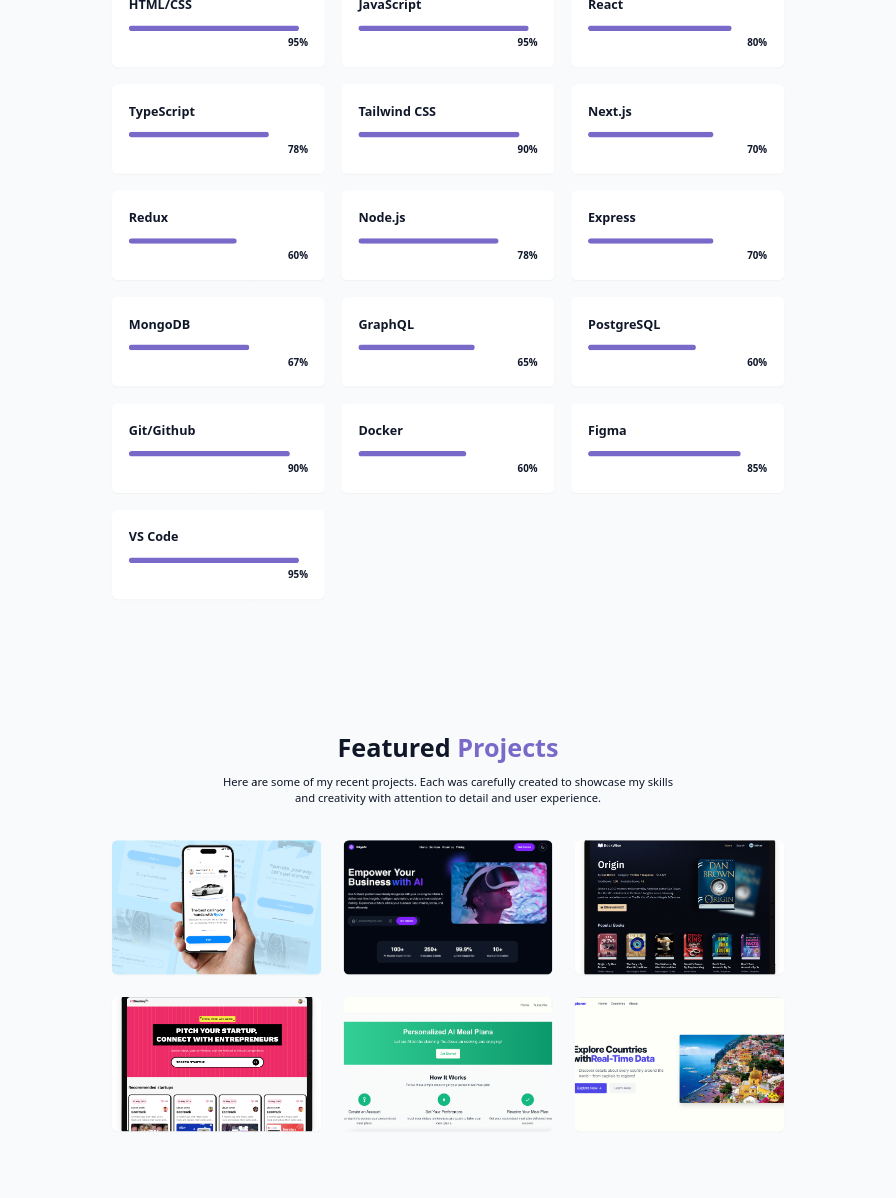
Repository: mOzariffard/Portfolio
Page: /
The author's editor kept a copy of each file at every save. The page is drawn from the files as they stood at one save, then again after the next save.
The browser window is 1280 px wide. The pictures show the part of the page from y = 1856 to 3776 px (the page is 3568 px tall before and 3776 px after), at 70% of full size.
The project was rebuilt for these pictures with package versions that can differ from the ones it lists, and the page was loaded fresh each time. Also part of the build but not shown: vite.config.js, src/pages/NotFound.jsx.

Above is the page before, as saved 2025-06-29 20:49:28.

After the next save:
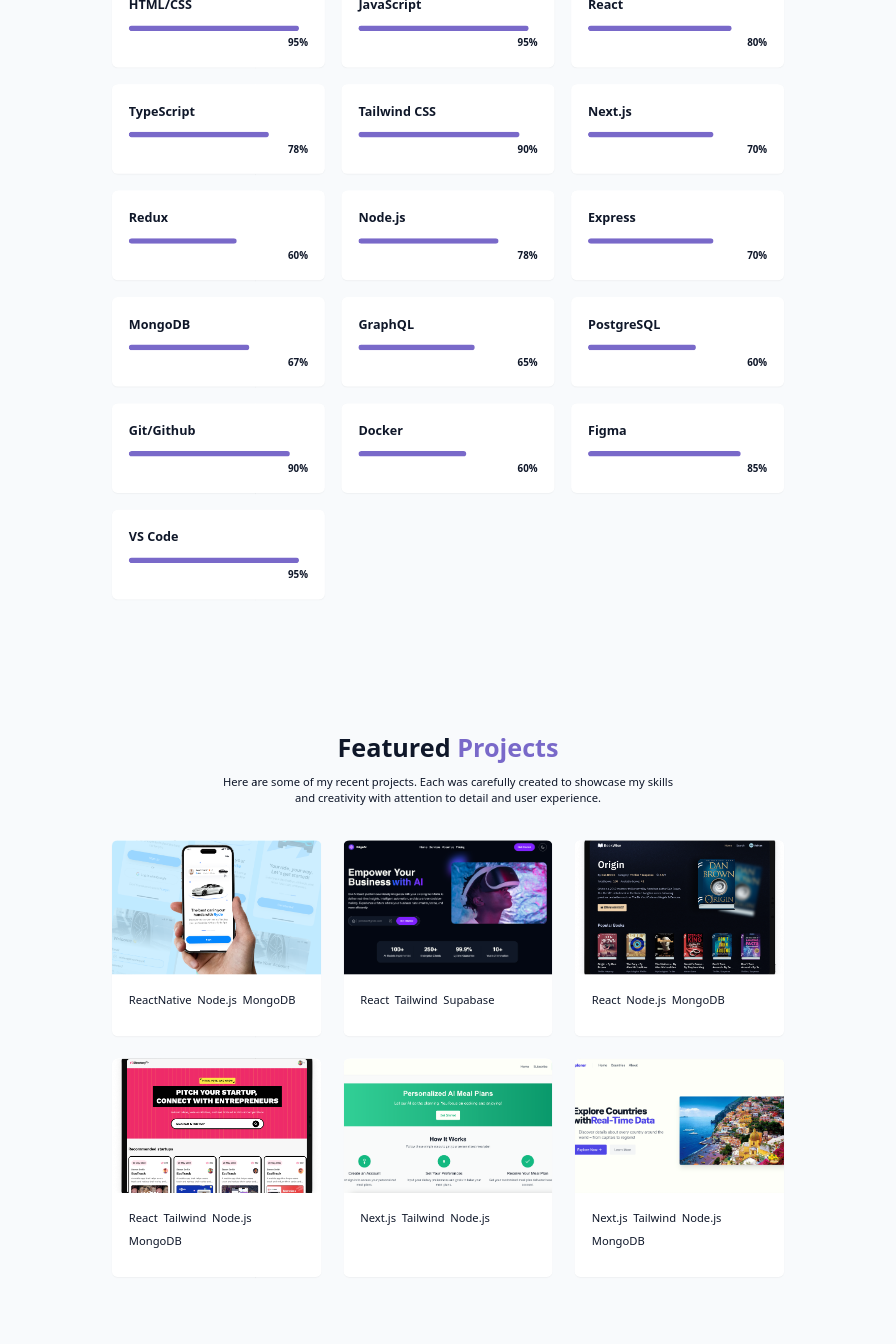
Saved 4 min 54 s later.
--- a/src/components/ProjectSection.jsx
+++ b/src/components/ProjectSection.jsx
@@ -122,6 +122,15 @@ const ProjectSection = () => {
                                     className='w-full h-full object-cover transition-transform duration-500 group-hover:scale-110'
                                 />
                             </div>
+                            <div className='p-6 '>
+                                <div className='flex flex-wrap gap-2 mb-4'>
+                                    {project.tag.map((tag)=>(
+                                        <span>
+                                            {tag}
+                                        </span>
+                                    ))}
+                                </div>
+                            </div>
                         </div>
                     ))}
                 </div>
